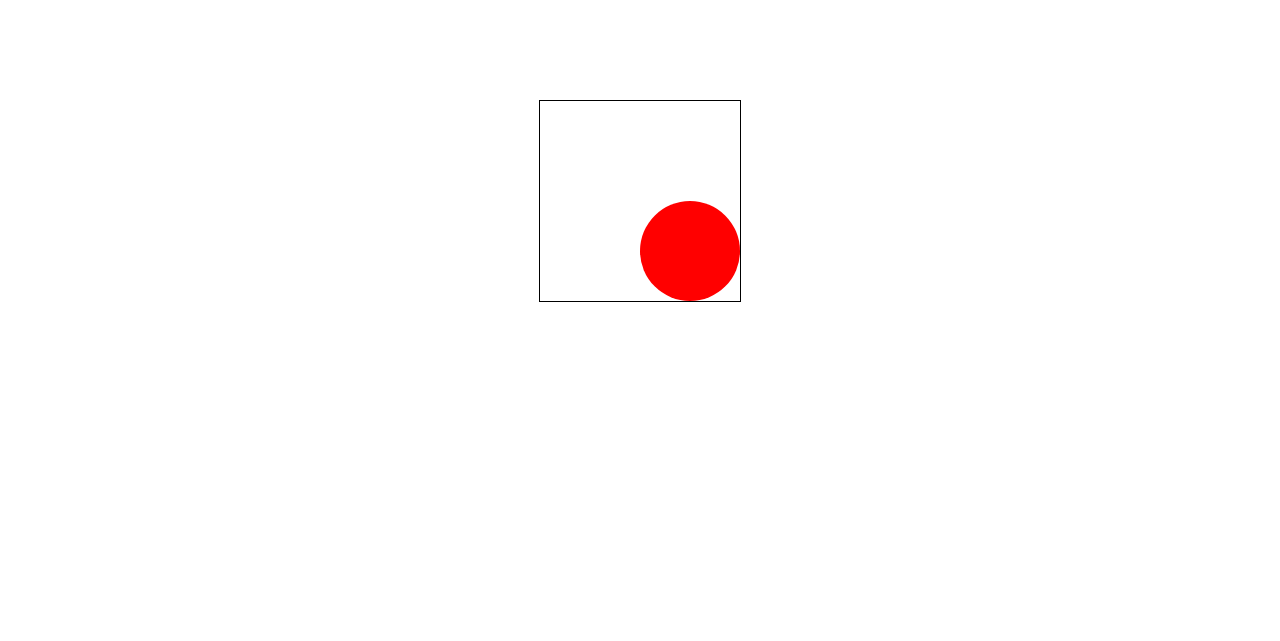
Repository: taoxiaofeng/hello-javascript
Page: demo/demo.html
The author's editor kept a copy of each file at every save. The page is drawn from the files as they stood at one save, then again after the next save.
The browser window is 1280 px wide. The pictures show the whole page.

Above is the page before, as saved 2024-07-13 12:25:14.

After the next save:
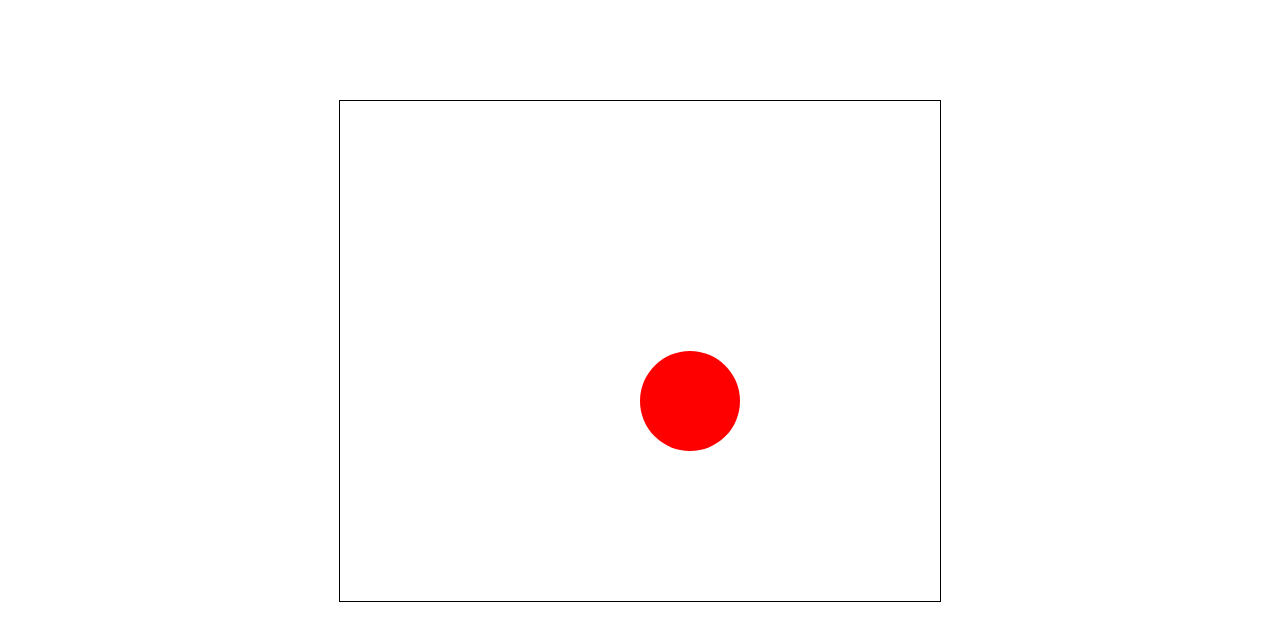
Saved 10 s later.
--- a/demo/demo.html
+++ b/demo/demo.html
@@ -6,8 +6,8 @@
     <title>Document</title>
     <style>
         .container {
-            width: 200px;
-            height: 200px;
+            width: 600px;
+            height: 500px;
             position: relative;
             margin: 100px auto;
             border: 1px solid #000;
